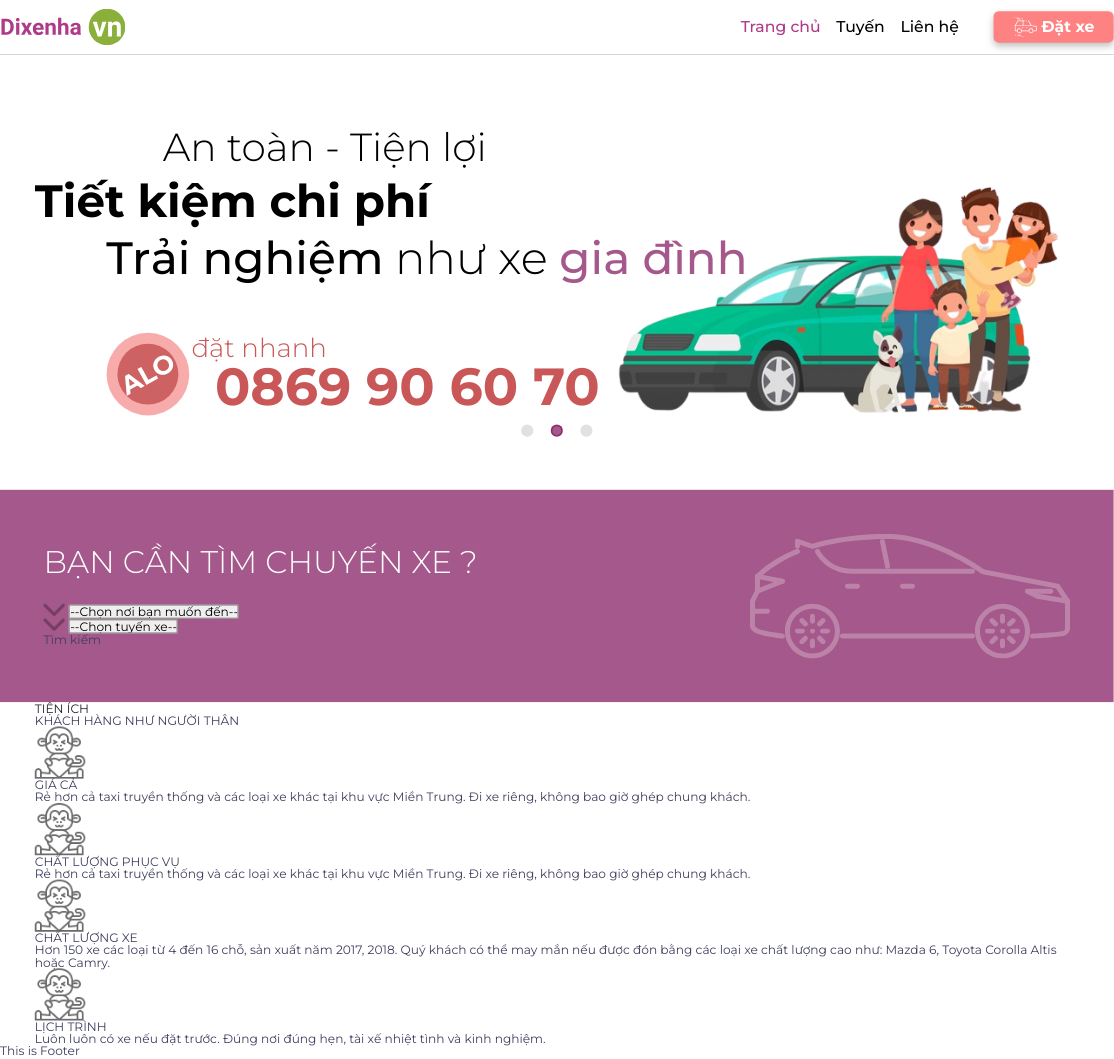
Repository: thanhthien0706/last_project--fe004
Page: lastProductF004/dist/index.html
An editor plug-in stored every save of this project. The page is shown before and after the next save, followed by the edit.
The browser window is 1280 px wide. The pictures show the whole page, at 87% of full size.
Some web libraries are served in a nearby version. The style sheet was rebuilt from its Sass, Less or Tailwind sources for each picture, by a compiler version that may differ from the author's.

Above is the page before, as saved 2021-09-16 21:21:28.

After the next save:
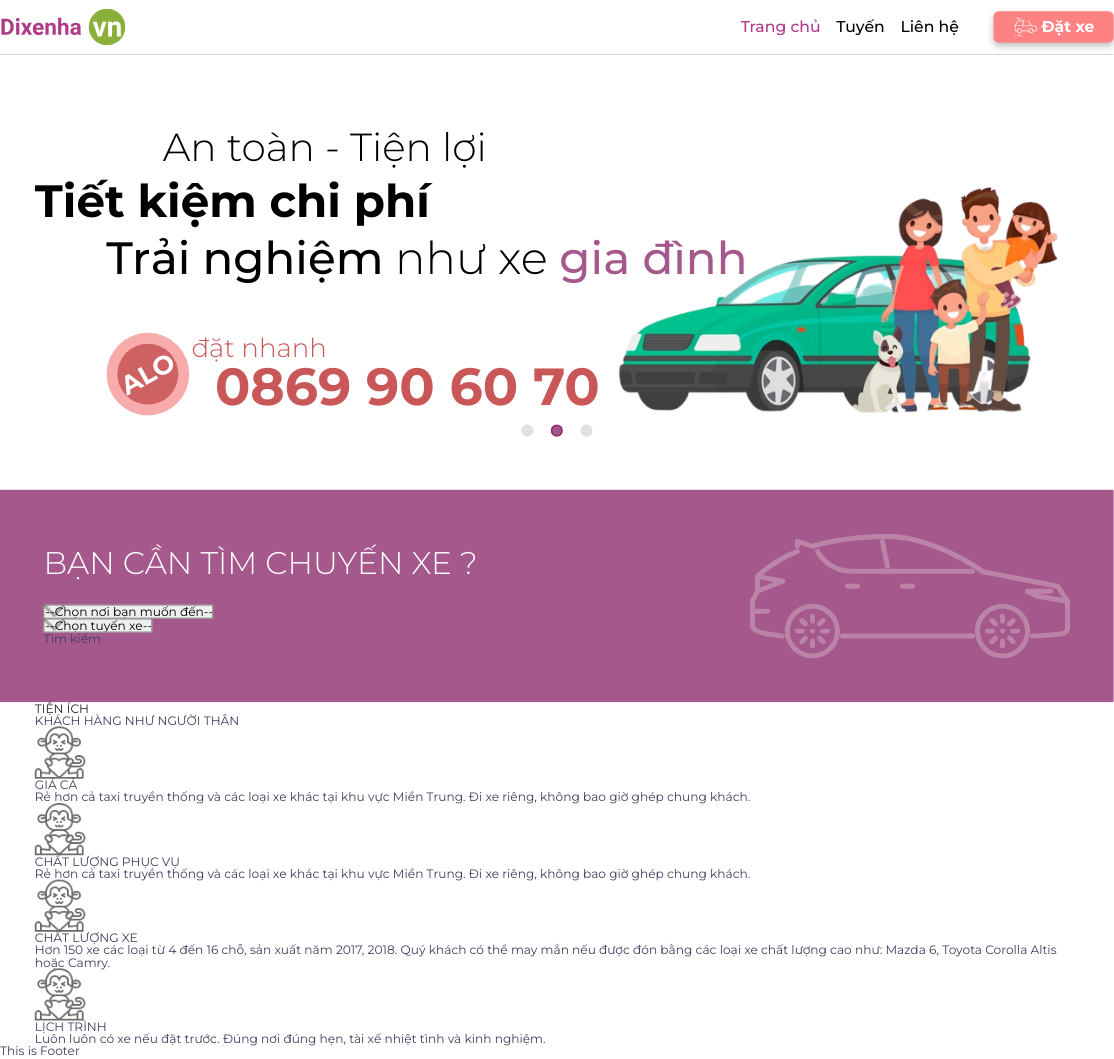
Saved 55 s later.
--- a/lastProductF004/src/styles/pages/_homepage.scss
+++ b/lastProductF004/src/styles/pages/_homepage.scss
@@ -172,6 +172,14 @@ html {
                 color: #fff;
                 margin-bottom: 30px;
             }
+            .section_list_sec{
+                .box_main--sec{
+                    position: relative;
+                    .arrow{
+                        position: absolute;
+                    }
+                }
+            }
         }
         .box_right{
             img{
